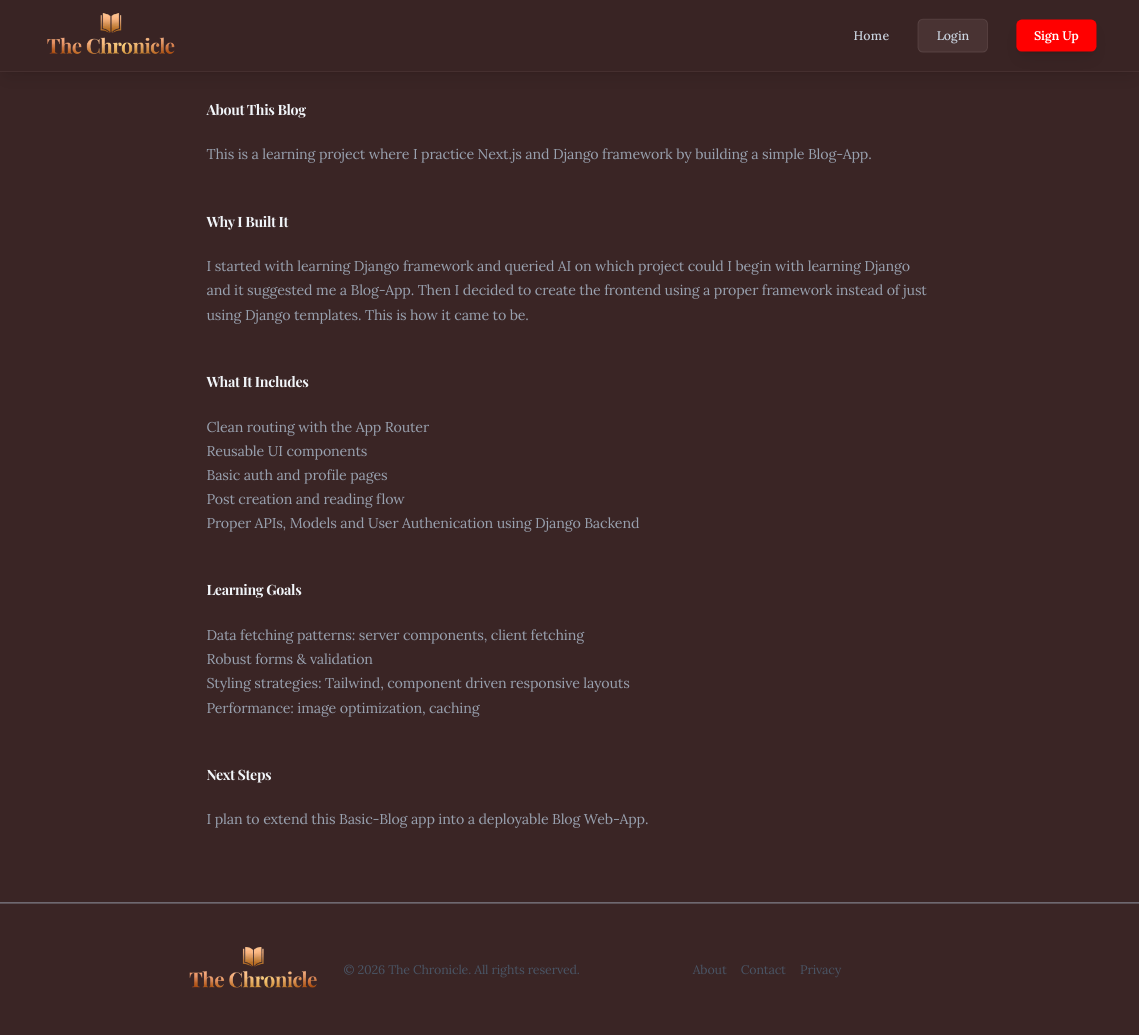
Repository: swaruplamsal/BasicBlogApp
Page: /about (app in blog-frontend/)
These files come from the project's save history. The page is drawn as it stood at one moment and after the next save; the edit follows.
The browser window is 1280 px wide. The pictures show the whole page, at 89% of full size.
The page's requests for data from a server got no answer. The project was rebuilt for these pictures with package versions that can differ from the ones it lists, and the page was loaded fresh each time. The framework's server and built-in components were replaced by stand-ins that run in the browser. No one was signed in, and anything a server would have sent is missing. Also part of the build but not shown: blog-frontend/next.config.mjs, blog-frontend/app/components/Avatar.js.

Above is the page before, as saved 2026-02-07 21:13:21.

### blog-frontend/app/layout.js
// app/layout.js
import { Lora, Playfair_Display } from "next/font/google";
import { AuthProvider } from "./context/AuthContext";
import { generateSiteMetadata } from "../lib/metadata";
import "./globals.css";

export const metadata = generateSiteMetadata();

const lora = Lora({
  subsets: ["latin"],
  weight: ["400", "500", "600", "700"],
  variable: "--font-lora",
});

const playfair = Playfair_Display({
  subsets: ["latin"],
  weight: ["400", "500", "600", "700", "900"],
  variable: "--font-playfair",
});

export default function RootLayout({ children }) {
  return (
    <html lang="en">
      <body className={`${lora.variable} ${playfair.variable}`}>
        <AuthProvider>{children}</AuthProvider>
      </body>
    </html>
  );
}

### blog-frontend/app/about/page.js
import Navbar from "../components/Navbar";
import Footer from "../components/Footer";

const sectionStyle = {
  marginTop: "1.5rem",
};

export default function About() {
  return (
    <div className="dark:bg-slate-950 text-gray-400">
      <Navbar />
      <main style={{ padding: "2rem", maxWidth: "880px", margin: "0 auto" }}>
        <h1>About This Blog</h1>
        <br />

        <p>
          This is a learning project where I practice Next.js and Django
          framework by building a simple Blog-App.
        </p>
        <br />
        <section style={sectionStyle}>
          <h2>Why I Built It</h2>
          <br />
          <p>
            I started with learning Django framework and queried AI on which
            project could I begin with learning Django and it suggested me a
            Blog-App. Then I decided to create the frontend using a proper
            framework instead of just using Django templates. This is how it
            came to be.
          </p>
        </section>
        <br />

        <section style={sectionStyle}>
          <h2>What It Includes</h2>
          <br />
          <ul>
            <li>Clean routing with the App Router</li>
            <li>Reusable UI components</li>
            <li>Basic auth and profile pages</li>
            <li>Post creation and reading flow</li>
            <li>
              Proper APIs, Models and User Authenication using Django Backend
            </li>
          </ul>
        </section>
        <br />

        <section style={sectionStyle}>
          <h2>Learning Goals</h2>
          <br />
          <ul>
            <li>Data fetching patterns: server components, client fetching</li>
            <li>Robust forms & validation</li>
            <li>
              Styling strategies: Tailwind, component driven responsive layouts
            </li>
            <li>Performance: image optimization, caching</li>
          </ul>
        </section>
        <br />

        <section style={sectionStyle}>
          <h2>Next Steps</h2>
          <br />
          <p>
            I plan to extend this Basic-Blog app into a deployable Blog Web-App.
          </p>
        </section>
      </main>
      <Footer />
    </div>
  );
}

### blog-frontend/app/context/AuthContext.js
"use client";

import { createContext, useContext, useState, useEffect } from "react";
import { authApi } from "../../lib/api";

const AuthContext = createContext();

// Helper function to get initial state from localStorage
function getInitialAuth() {
  if (typeof window === "undefined") {
    return { token: null, user: null };
  }

  const savedToken = localStorage.getItem("token");
  const savedUser = localStorage.getItem("user");

  return {
    token: savedToken || null,
    user: savedUser ? JSON.parse(savedUser) : null,
  };
}

export function AuthProvider({ children }) {
  const [user, setUser] = useState(() => getInitialAuth().user);
  const [token, setToken] = useState(() => getInitialAuth().token);

  // Sync user data with backend on mount if token exists
  useEffect(() => {
    if (typeof window === "undefined" || !token) return;

    const syncUserData = async () => {
      try {
        const completeUser = await authApi.getCurrentUser();
        setUser(completeUser);
        localStorage.setItem("user", JSON.stringify(completeUser));
      } catch (error) {
        // If sync fails, user might be logged out - clear auth state
        setToken(null);
        setUser(null);
        localStorage.removeItem("token");
        localStorage.removeItem("user");
      }
    };

    syncUserData();
  }, [token]);

  const login = async (username, password) => {
    try {
      const data = await authApi.login(username, password);

      setToken(data.token);
      localStorage.setItem("token", data.token);

      // Fetch complete user data including profile
      try {
        const completeUser = await authApi.getCurrentUser();
        setUser(completeUser);
        localStorage.setItem("user", JSON.stringify(completeUser));
      } catch (profileError) {
        // Fallback to basic user data if profile fetch fails
        setUser(data.user);
        localStorage.setItem("user", JSON.stringify(data.user));
      }

      return { success: true };
    } catch (error) {
      return { success: false, error: error.message };
    }
  };

  const signup = async (username, email, password) => {
    try {
      const data = await authApi.signup(username, email, password);

      setToken(data.token);
      setUser(data.user);
      localStorage.setItem("token", data.token);
      localStorage.setItem("user", JSON.stringify(data.user));
      return { success: true };
    } catch (error) {
      return { success: false, error: error.message };
    }
  };

  const logout = () => {
    setToken(null);
    setUser(null);
    localStorage.removeItem("token");
    localStorage.removeItem("user");
  };

  const refreshUser = async () => {
    if (!token) return;

    try {
      const completeUser = await authApi.getCurrentUser();
      setUser(completeUser);
      localStorage.setItem("user", JSON.stringify(completeUser));
    } catch (error) {
      console.log("Failed to refresh user data:", error.message);
    }
  };

  return (
    <AuthContext.Provider
      value={{ user, token, login, signup, logout, refreshUser }}
    >
      {children}
    </AuthContext.Provider>
  );
}

export function useAuth() {
  return useContext(AuthContext);
}

### blog-frontend/lib/metadata.js
// Helper functions for generating metadata

export const generateSiteMetadata = () => ({
  title: {
    template: "%s | The Chronicle",
    default: "The Chronicle - Where Stories Matter",
  },
  description:
    "Discover thoughtful perspectives, compelling narratives, and insights that challenge the ordinary.",
  keywords: ["blog", "stories", "articles", "writing", "chronicle"],
  authors: [{ name: "The Chronicle Team" }],
  openGraph: {
    type: "website",
    locale: "en_US",
    siteName: "The Chronicle",
  },
  twitter: {
    card: "summary_large_image",
  },
  // Fallback favicon / site icon. Place a file at public/favicon.png (or /favicon.ico)
  icons: {
    icon: "/favicon.png",
    apple: "/favicon.png",
  },
});

export const generatePostMetadata = (post) => {
  if (!post) return {};

  return {
    title: post.title,
    description: post.content.substring(0, 160) + "...",
    keywords: post.tags?.map((tag) => tag.name) || [],
    authors: [{ name: post.author?.username || "Anonymous" }],
    openGraph: {
      title: post.title,
      description: post.content.substring(0, 160) + "...",
      type: "article",
      publishedTime: post.created_at,
      modifiedTime: post.updated_at,
      authors: [post.author?.username || "Anonymous"],
      tags: post.tags?.map((tag) => tag.name) || [],
    },
    twitter: {
      card: "summary_large_image",
      title: post.title,
      description: post.content.substring(0, 160) + "...",
    },
  };
};

### blog-frontend/app/globals.css
@import "tailwindcss";

@layer base {
  :root {
    /* Bold Editorial Theme - Color Hunt Palette */
    --background: #3a2525;
    --background-elevated: #4a3535;
    --background-hover: #5a4545;
    --foreground: #f1f5f9;
    --foreground-muted: #cbd5e1;
    --foreground-subtle: #94a3b8;

    /* Accent Colors */
    --accent: #ff0000;
    --accent-hover: #cc0000;
    --accent-light: #ff3333;
    --accent-secondary: #9e2a2a;
    --navy: #000080;
    --navy-hover: #0000a0;

    /* Borders & Dividers */
    --border: #5a4545;
    --border-light: #6a5555;

    /* Semantic Colors */
    --success: #10b981;
    --error: #ff0000;
    --warning: #ff0000;
  }

  body {
    background: var(--background);
    color: var(--foreground);
    font-family:
      var(--font-lora),
      -apple-system,
      BlinkMacSystemFont,
      "Segoe UI",
      Roboto,
      sans-serif;
    line-height: 1.7;
    -webkit-font-smoothing: antialiased;
    -moz-osx-font-smoothing: grayscale;
    letter-spacing: -0.011em;
  }

  h1,
  h2,
  h3,
  h4,
  h5,
  h6 {
    font-family: var(--font-playfair), Georgia, serif;
    font-weight: 700;
    line-height: 1.25;
    color: var(--foreground);
    letter-spacing: -0.025em;
  }
}

@layer components {
  /* Custom Scrollbar */
  ::-webkit-scrollbar {
    width: 8px;
  }

  ::-webkit-scrollbar-track {
    background: var(--background);
  }

  ::-webkit-scrollbar-thumb {
    background: var(--accent);
    border-radius: 4px;
  }

  ::-webkit-scrollbar-thumb:hover {
    background: var(--accent-hover);
  }

  /* Smooth transitions */
  * {
    transition-property:
      background-color, border-color, color, fill, stroke, transform, opacity;
    transition-timing-function: cubic-bezier(0.4, 0, 0.2, 1);
    transition-duration: 200ms;
  }

  /* Editorial Utilities */
  .editorial-gradient {
    background: linear-gradient(
      135deg,
      var(--background) 0%,
      var(--background-elevated) 100%
    );
  }

  .text-gradient {
    background: linear-gradient(135deg, #ff0000, #9e2a2a);
    -webkit-background-clip: text;
    -webkit-text-fill-color: transparent;
    background-clip: text;
  }

  .reading-progress {
    position: fixed;
    top: 0;
    left: 0;
    height: 3px;
    background: linear-gradient(90deg, #ff0000, #9e2a2a);
    z-index: 9999;
    transition: width 0.1s ease-out;
  }

  .card-hover {
    transition: all 0.3s cubic-bezier(0.4, 0, 0.2, 1);
  }

  .card-hover:hover {
    transform: translateY(-2px);
    box-shadow: 0 20px 40px -12px rgba(255, 0, 0, 0.2);
    border-color: #6a5555 !important;
  }

  /* Button Styles */
  .btn-primary {
    background-color: #ff0000;
    box-shadow: 0 10px 25px -5px rgba(255, 0, 0, 0.3);
    transition: all 0.3s ease;
  }

  .btn-primary:hover {
    background-color: #cc0000;
    box-shadow: 0 15px 30px -5px rgba(255, 0, 0, 0.4);
  }

  /* Link Styles */
  .link-red {
    color: #ff0000;
    transition: color 0.2s ease;
  }

  .link-red:hover {
    color: #ff3333;
  }

  .link-nav {
    color: #cbd5e1;
    transition: color 0.2s ease;
  }

  .link-nav:hover {
    color: #ff0000;
  }

  /* Article Title */
  .article-title {
    color: #f1f5f9;
    transition: color 0.3s ease;
  }

  .article-title:hover {
    color: #ff0000;
  }

  /* Tag Styles */
  .tag {
    color: #94a3b8;
    background-color: rgba(90, 69, 69, 0.5);
    border: 1px solid rgba(106, 85, 85, 0.5);
    transition: all 0.2s ease;
  }

  .tag:hover {
    border-color: #9e2a2a;
    color: #cbd5e1;
  }
  /* Form Styles */
  .form-input {
    background-color: rgba(90, 69, 69, 0.5);
    border: 1px solid #6a5555;
    color: #f1f5f9;
    transition: all 0.2s ease;
  }

  .form-input:focus {
    outline: none;
    border-color: #ff0000;
    background-color: rgba(90, 69, 69, 0.7);
  }

  .form-label {
    color: #cbd5e1;
  }

  .form-container {
    background-color: rgba(74, 53, 53, 0.5);
    border: 1px solid #5a4545;
  }

  .btn-secondary {
    background-color: rgba(90, 69, 69, 0.8);
    color: #cbd5e1;
    border: 1px solid #6a5555;
    transition: all 0.2s ease;
  }

  .btn-secondary:hover {
    background-color: rgba(90, 69, 69, 1);
    border-color: #7a6565;
  }

  .btn-danger {
    background-color: rgba(158, 42, 42, 0.8);
    color: #fff;
    border: 1px solid #9e2a2a;
    transition: all 0.2s ease;
  }

  .btn-danger:hover {
    background-color: #9e2a2a;
  }

  .btn-success {
    background-color: rgba(16, 185, 129, 0.8);
    color: #fff;
    transition: all 0.2s ease;
  }

  .btn-success:hover {
    background-color: rgb(16, 185, 129);
  }

  /* ========================================
   LOADING & ANIMATION STYLES
   ======================================== */

  /* Shimmer effect for skeleton loaders */
  @keyframes shimmer {
    0% {
      transform: translateX(-100%);
    }
    100% {
      transform: translateX(100%);
    }
  }

  .animate-shimmer {
    animation: shimmer 2s infinite;
  }

  /* Fade in animation */
  @keyframes fade-in {
    from {
      opacity: 0;
    }
    to {
      opacity: 1;
    }
  }

  .animate-fade-in {
    animation: fade-in 0.5s ease-out;
  }

  /* Fade in and slide up animation */
  @keyframes fade-in-up {
    from {
      opacity: 0;
      transform: translateY(20px);
    }
    to {
      opacity: 1;
      transform: translateY(0);
    }
  }

  .animate-fade-in-up {
    animation: fade-in-up 0.6s ease-out;
  }

  /* Scale in animation */
  @keyframes scale-in {
    from {
      opacity: 0;
      transform: scale(0.95);
    }
    to {
      opacity: 1;
      transform: scale(1);
    }
  }

  .animate-scale-in {
    animation: scale-in 0.4s ease-out;
  }

  /* Smooth transitions for all interactive elements */
  .transition-smooth {
    transition: all 0.3s cubic-bezier(0.4, 0, 0.2, 1);
  }
}

### blog-frontend/app/components/Navbar.js
// app/components/Navbar.js
"use client";

import dynamic from "next/dynamic";
import Link from "next/link";
import Image from "next/image";

const NavbarAuth = dynamic(() => import("./NavbarAuth"), { ssr: false });

export default function Navbar() {
  return (
    <nav
      className="sticky top-0 z-50 backdrop-blur-xl border-b shadow-lg"
      style={{
        backgroundColor: "rgba(58, 37, 37, 0.8)",
        borderColor: "rgba(90, 69, 69, 0.5)",
      }}
    >
      <div className="max-w-7xl mx-auto px-6 sm:px-8 lg:px-12">
        <div className="flex justify-between items-center h-20">
          {/* Logo */}
          <Link
            href="/"
            className="group flex items-center gap-3 hover:opacity-80 transition-opacity"
          >
            {/* Replace the inline svg with a logo image from public/images/logo.png */}
            <div>
              <Image
                src="/images/logo.png"
                alt="Editorial logo"
                width={150}
                height={150}
                className="object-cover"
                priority
              />
            </div>
          </Link>

          {/* Nav Links */}
          <div className="flex items-center gap-8">
            <Link
              href="/"
              className="link-nav font-medium text-sm tracking-wide"
            >
              Home
            </Link>
            <NavbarAuth />
          </div>
        </div>
      </div>
    </nav>
  );
}

### blog-frontend/app/components/Footer.js
import Image from "next/image";
import Link from "next/link";
import SocialLinks from "./SocialLinks";

export default function Footer() {
  return (
    <footer className="border-t mt-12 py-8 bg- dark:bg-gray-900">
      <div className="max-w-4xl mx-auto px-4 flex flex-col md:flex-row items-center justify-between gap-4">
        <div className="flex items-center space-x-3">
          <Link href="/" className="flex items-center">
            <Image
              src="/images/logo.png"
              alt="Logo"
              width={150}
              height={150}
              className="rounded-sm"
            />
          </Link>
          <p className="text-sm text-gray-600 dark:text-gray-300 ml-4">
            © {new Date().getFullYear()} The Chronicle. All rights reserved.
          </p>
        </div>

        <nav className="flex items-center space-x-4">
          <Link
            href="/about"
            className="text-sm text-gray-600 hover:text-red-600 transition-colors duration-200 dark:text-gray-300 dark:hover:text-red-400 active:text-red-900 focus:outline-none focus-visible:ring-2 focus-visible:ring-red-300 rounded"
          >
            About
          </Link>
          <Link
            href="/contact"
            className="text-sm text-gray-600 hover:text-red-600 transition-colors duration-200 dark:text-gray-300 dark:hover:text-red-400 active:text-red-900 focus:outline-none focus-visible:ring-2 focus-visible:ring-red-300 rounded"
          >
            Contact
          </Link>
          <Link
            href="/privacy"
            className="text-sm text-gray-600 hover:text-red-600 transition-colors duration-200 dark:text-gray-300 dark:hover:text-red-400 active:text-red-900 focus:outline-none focus-visible:ring-2 focus-visible:ring-red-300 rounded"
          >
            Privacy
          </Link>
        </nav>

        <div>
          <SocialLinks />
        </div>
      </div>
    </footer>
  );
}

### blog-frontend/app/components/SocialLinks.js
"use client";

import Link from "next/link";

export default function SocialLinks({ website, twitter, github, linkedin }) {
  const links = [
    {
      name: "Website",
      value: website,
      href: website,
      icon: (
        <svg
          className="w-5 h-5"
          fill="none"
          stroke="currentColor"
          viewBox="0 0 24 24"
        >
          <path
            strokeLinecap="round"
            strokeLinejoin="round"
            strokeWidth={2}
            d="M21 12a9 9 0 01-9 9m9-9a9 9 0 00-9-9m9 9H3m9 9a9 9 0 01-9-9m9 9c1.657 0 3-4.03 3-9s-1.343-9-3-9m0 18c-1.657 0-3-4.03-3-9s1.343-9 3-9m-9 9a9 9 0 019-9"
          />
        </svg>
      ),
    },
    {
      name: "Twitter",
      value: twitter,
      href: twitter ? `https://twitter.com/${twitter}` : null,
      icon: (
        <svg className="w-5 h-5" fill="currentColor" viewBox="0 0 24 24">
          <path d="M18.244 2.25h3.308l-7.227 8.26 8.502 11.24H16.17l-5.214-6.817L4.99 21.75H1.68l7.73-8.835L1.254 2.25H8.08l4.713 6.231zm-1.161 17.52h1.833L7.084 4.126H5.117z" />
        </svg>
      ),
    },
    {
      name: "GitHub",
      value: github,
      href: github ? `https://github.com/${github}` : null,
      icon: (
        <svg className="w-5 h-5" fill="currentColor" viewBox="0 0 24 24">
          <path
            fillRule="evenodd"
            d="M12 2C6.477 2 2 6.484 2 12.017c0 4.425 2.865 8.18 6.839 9.504.5.092.682-.217.682-.483 0-.237-.008-.868-.013-1.703-2.782.605-3.369-1.343-3.369-1.343-.454-1.158-1.11-1.466-1.11-1.466-.908-.62.069-.608.069-.608 1.003.07 1.531 1.032 1.531 1.032.892 1.53 2.341 1.088 2.91.832.092-.647.35-1.088.636-1.338-2.22-.253-4.555-1.113-4.555-4.951 0-1.093.39-1.988 1.029-2.688-.103-.253-.446-1.272.098-2.65 0 0 .84-.27 2.75 1.026A9.564 9.564 0 0112 6.844c.85.004 1.705.115 2.504.337 1.909-1.296 2.747-1.027 2.747-1.027.546 1.379.202 2.398.1 2.651.64.7 1.028 1.595 1.028 2.688 0 3.848-2.339 4.695-4.566 4.943.359.309.678.92.678 1.855 0 1.338-.012 2.419-.012 2.747 0 .268.18.58.688.482A10.019 10.019 0 0022 12.017C22 6.484 17.522 2 12 2z"
            clipRule="evenodd"
          />
        </svg>
      ),
    },
    {
      name: "LinkedIn",
      value: linkedin,
      href: linkedin ? `https://linkedin.com/in/${linkedin}` : null,
      icon: (
        <svg className="w-5 h-5" fill="currentColor" viewBox="0 0 24 24">
          <path d="M20.447 20.452h-3.554v-5.569c0-1.328-.027-3.037-1.852-3.037-1.853 0-2.136 1.445-2.136 2.939v5.667H9.351V9h3.414v1.561h.046c.477-.9 1.637-1.85 3.37-1.85 3.601 0 4.267 2.37 4.267 5.455v6.286zM5.337 7.433c-1.144 0-2.063-.926-2.063-2.065 0-1.138.92-2.063 2.063-2.063 1.14 0 2.064.925 2.064 2.063 0 1.139-.925 2.065-2.064 2.065zm1.782 13.019H3.555V9h3.564v11.452zM22.225 0H1.771C.792 0 0 .774 0 1.729v20.542C0 23.227.792 24 1.771 24h20.451C23.2 24 24 23.227 24 22.271V1.729C24 .774 23.2 0 22.222 0h.003z" />
        </svg>
      ),
    },
  ];

  const activeLinks = links.filter((link) => link.value);

  if (activeLinks.length === 0) {
    return null;
  }

  return (
    <div className="flex flex-wrap gap-3">
      {activeLinks.map((link) => (
        <a
          key={link.name}
          href={link.href}
          target="_blank"
          rel="noopener noreferrer"
          className="flex items-center gap-2 px-4 py-2 bg-slate-800/50 rounded-lg border border-slate-700/50 hover:border-red-600/50 hover:bg-slate-800 transition-all text-slate-400 hover:text-red-400"
          title={link.name}
        >
          {link.icon}
          <span className="text-sm">{link.name}</span>
        </a>
      ))}
    </div>
  );
}

Loaded but not shown: blog-frontend/lib/api.js (library); blog-frontend/app/components/NavbarAuth.js (180 lines, source omitted)

After the next save:
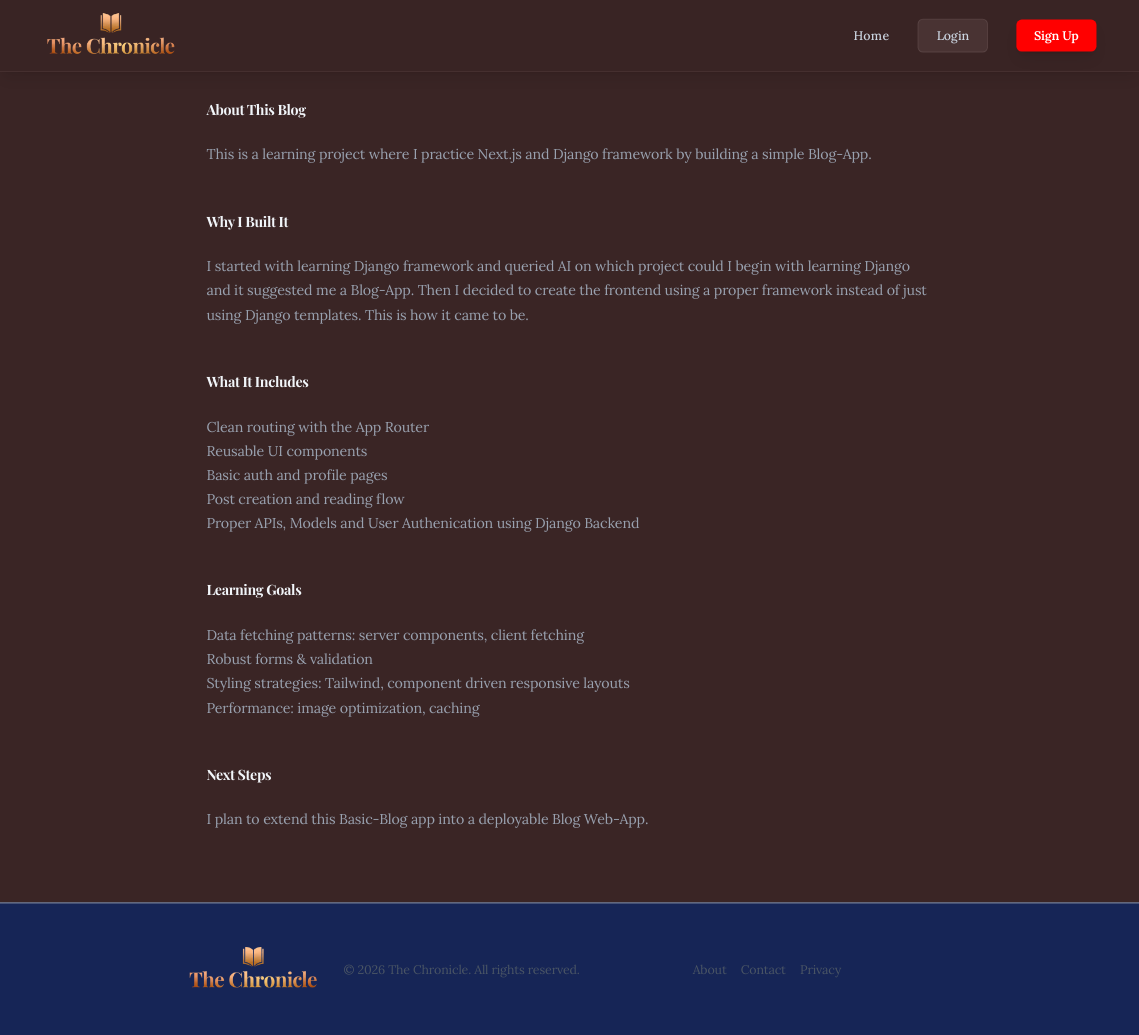
Saved 6 s later.
--- a/blog-frontend/app/components/Footer.js
+++ b/blog-frontend/app/components/Footer.js
@@ -4,7 +4,7 @@ import SocialLinks from "./SocialLinks";
 
 export default function Footer() {
   return (
-    <footer className="border-t mt-12 py-8 bg- dark:bg-gray-900">
+    <footer className="border-t mt-12 py-8 bg-blue-950 dark:bg-gray-900">
       <div className="max-w-4xl mx-auto px-4 flex flex-col md:flex-row items-center justify-between gap-4">
         <div className="flex items-center space-x-3">
           <Link href="/" className="flex items-center">
